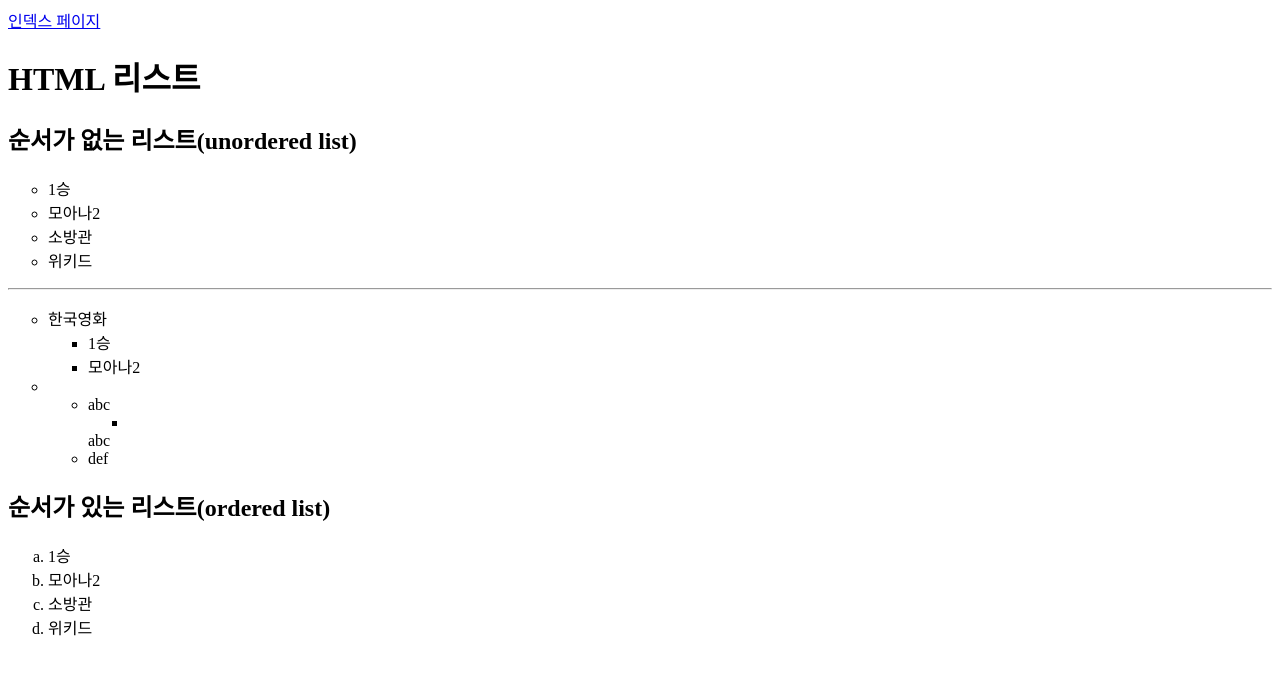
Repository: Sid0130/HTML
Page: lab-web/lab01_html/src/main/webapp/list.html
An editor plug-in stored every save of this project. The page is shown before and after the next save, followed by the edit.
The browser window is 1280 px wide. The pictures show the whole page.

Above is the page before, as saved 2024-12-03 06:22:00.

After the next save:
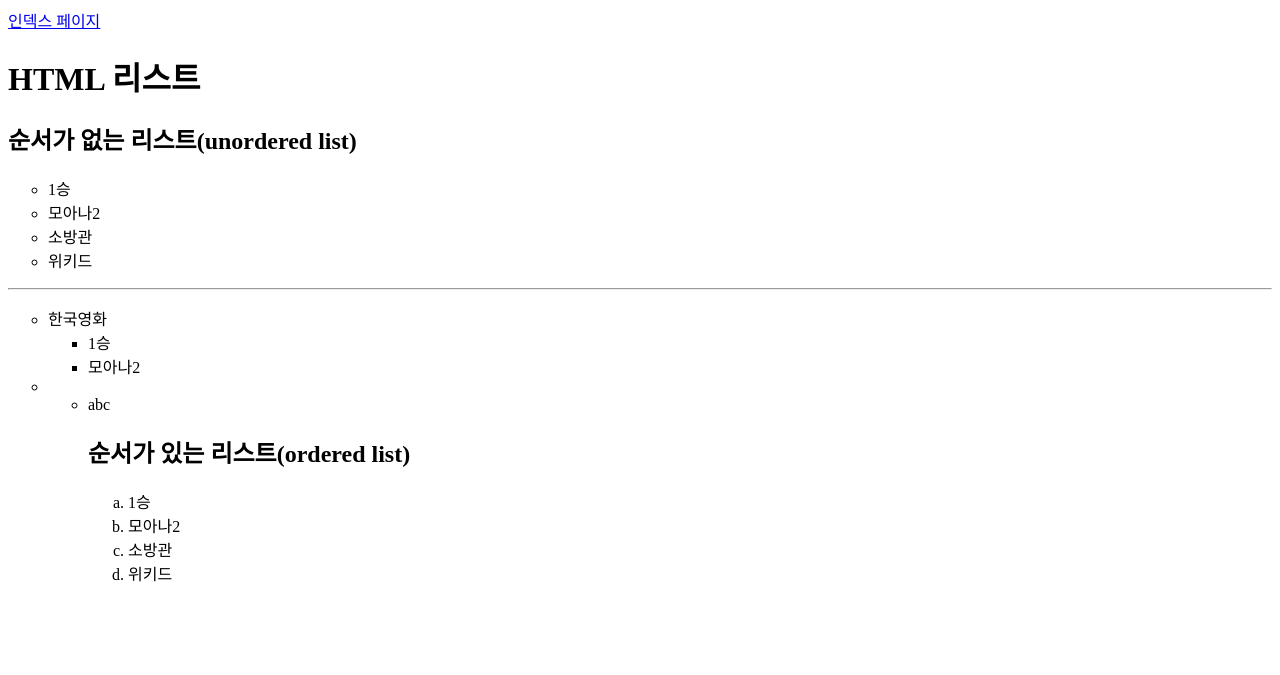
Saved 65 s later.
--- a/lab-web/lab01_html/src/main/webapp/list.html
+++ b/lab-web/lab01_html/src/main/webapp/list.html
@@ -35,17 +35,6 @@
                         <li> </li>
                <ul style="list-style: circle;">
             <li> abc
-                <ul style="list-style: square;">
-                <li>
-            </ul>
-                    abc
-                </li>
-                <li>
-                    def
-                </li>
-                </ul>
-            </li>
-            </ul>
 
             <h2>순서가 있는 리스트(ordered list)</h2>
 
